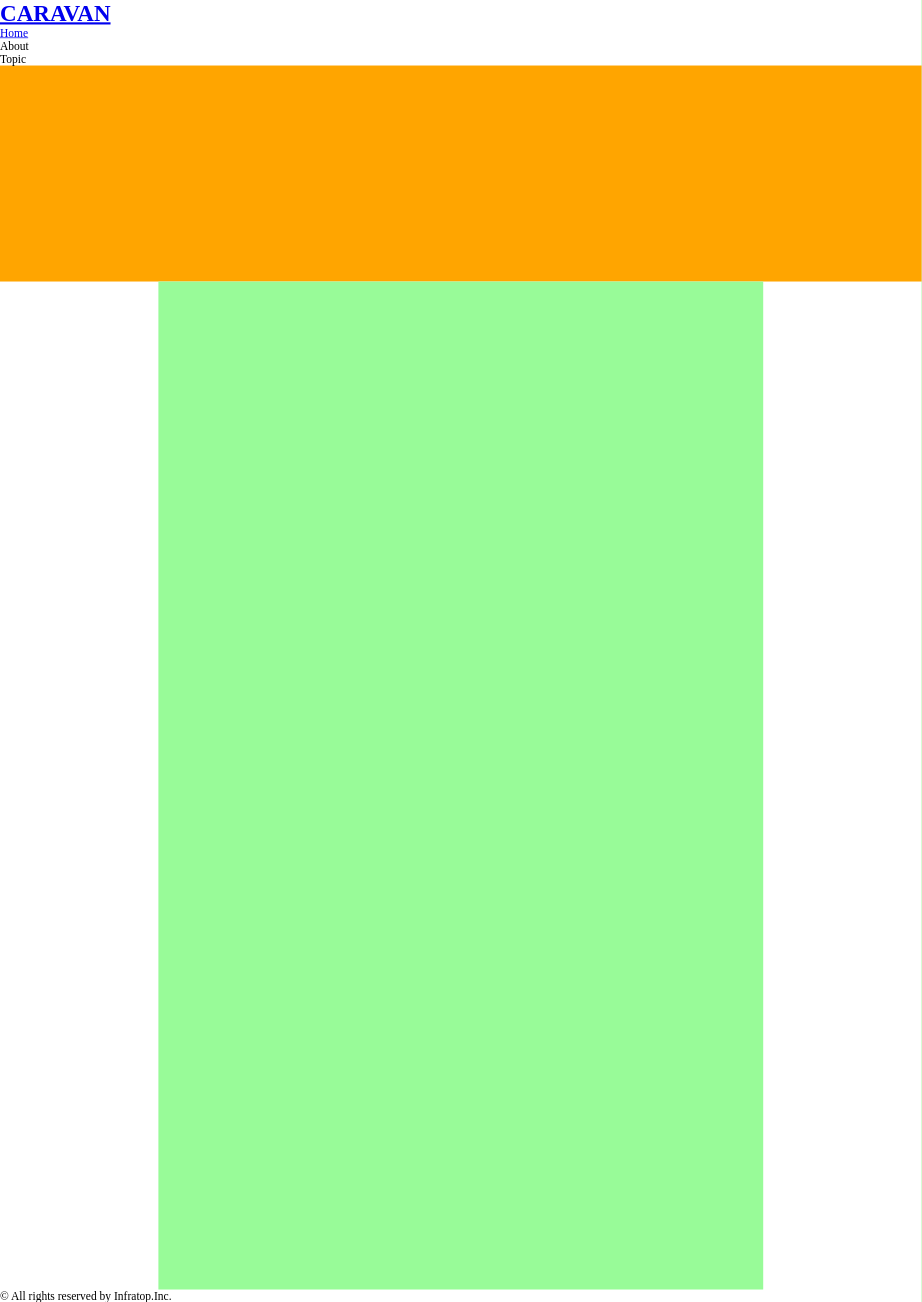
Repository: Raychel-310/chapter10
Page: caravan/index.html
The author's editor kept a record of every edit. The page is drawn from the files as they stood at one moment, then again after the next edit.
The browser window is 1280 px wide. The pictures show the whole page, at 72% of full size.

Above is the page before.

### caravan/index.html
<!DOCTYPE html>
<html lang="ja">
  <head>
    <meta charset="UTF-8" />
    <!-- CSSファイルの読み込み -->
    <link rel="stylesheet" href="style.css" />
    <title>CARAVAN</title>
  </head>

  <body>
    <!-- header -->
    <header>
      <h1 class="heading">
        <a href="index.html">
          CARAVAN
        </a>
      </h1>
    </header>

        <!-- navigation -->
    <nav>
      <ul class="nav-list">
       <li class="nav-list-item">
          <a href="index.html">Home</a>
        </li>
        <li class="nav-list-item">About</li>
        <li class="nav-list-item">Topic</li>
      </ul>
    </nav>


    <!-- main-visual用のdiv -->
    <div class="main-visual">
      <div class="main-visual-content"></div>
    </div>
    <!-- main用のdiv -->
    <div class="main">
      <div class="blog"></div>
      <div class="sidebar"></div>
    </div>
    <!-- footer -->
    <footer>
      <p class="footer-text">© All rights reserved by Infratop.Inc.</p>
    </footer>
  </body>
</html>

### caravan/style.css
/* ブラウザがそれぞれ持っているCSSをリセットするための記述 */
* {
  margin: 0;
  padding: 0;
  box-sizing: border-box;
}

.header {
  width: 100%; /* 横幅いっぱい */
  height: 550px; /* 高さ120px */
  background-color: white; /* 背景色red */
}

.header-top {
  width: 100%;
  height: 50px;
  background-color: red;
}

.header-bottom {
  width: 100%;
  height: 500px;
  background-color: orange;
}

.main-visual {
  width: 100%; /* 横幅いっぱい */
  height: 300px; /* 高さ300px */
  background-color: orange; /* 背景色orange */
}

/*.main-visual-content {
  width: 350px;
  height: 300px;
  background-color: gold;
}*/
.main {
  width: 840px;
  /*height: 1400px;
  background-color: green;指定の解除*/
  display: flex; /* Flexboxの利用 */
  justify-content: center; /* 子要素の横並び・中央寄せ */
  margin: 0 auto; /* 中央寄せ（左右に余白がないとできない） */
}

.blog {
  width: 960px; /* 横幅600px */
  height: 1400px; /* 高さ600px */
  background-color: palegreen; /* 背景色limegreen */
  display: flex; /* Flexboxの利用 */
  justify-content: center; /* 子要素の横並び・中央寄せ */
}

/*.sidebar {
  width: 500px; /* 横幅240px */
  /*height: 1400px; /* 高さ600px */
  /*background-color: palegreen; /* 背景色palegreen */
  /*display: flex; /* Flexboxの利用 */
  /*justify-content: center; /* 子要素の横並び・中央寄せ */
/*}*/

.footer {
  width: 100%;
  height: 100px;
  background-color: blue;
}

After the next edit:
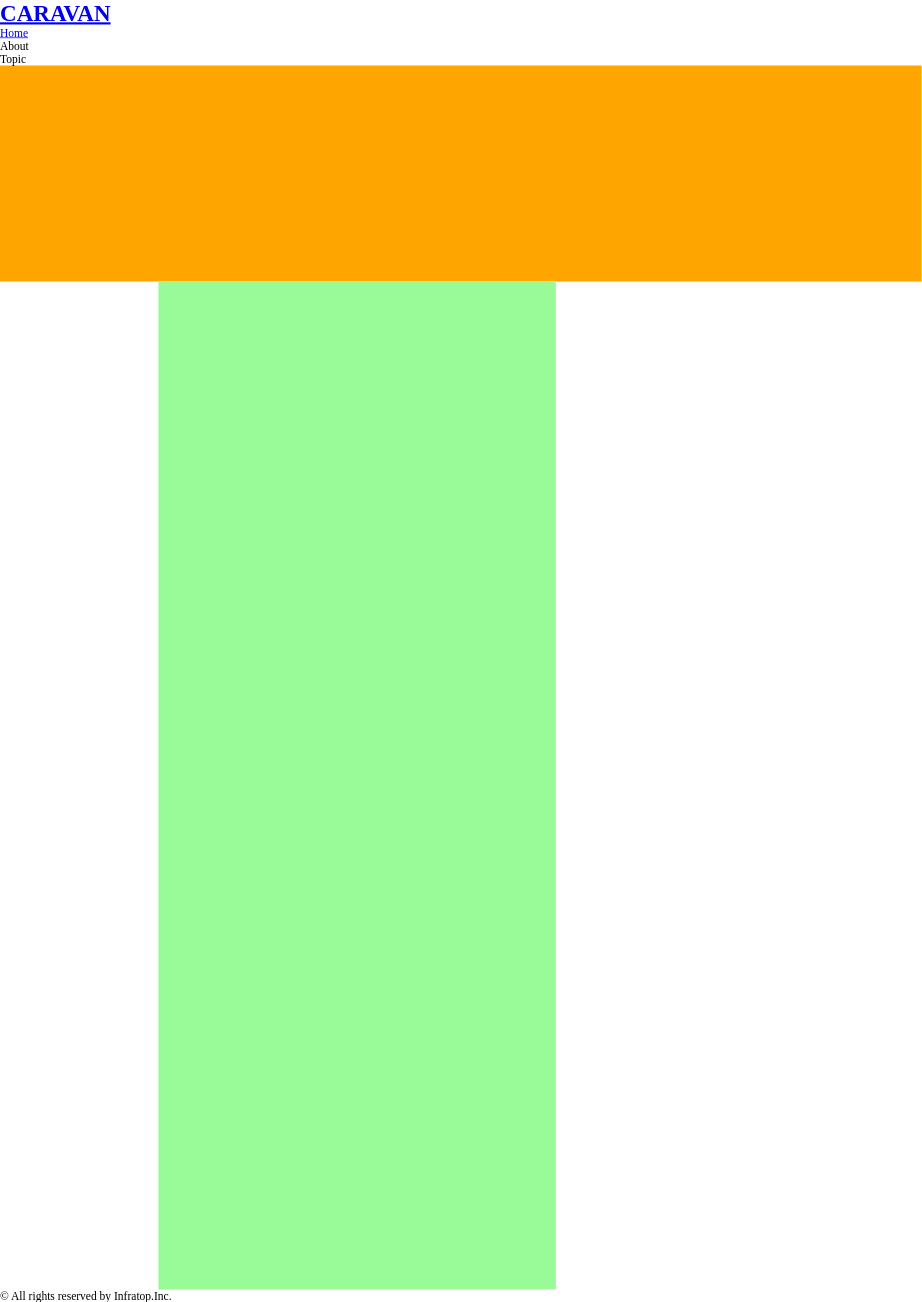
The edit:
--- a/caravan/style.css
+++ b/caravan/style.css
@@ -51,7 +51,7 @@
   justify-content: center; /* 子要素の横並び・中央寄せ */
 }
 
-/*.sidebar {
+.sidebar {
   width: 500px; /* 横幅240px */
   /*height: 1400px; /* 高さ600px */
   /*background-color: palegreen; /* 背景色palegreen */

After the edit that followed:
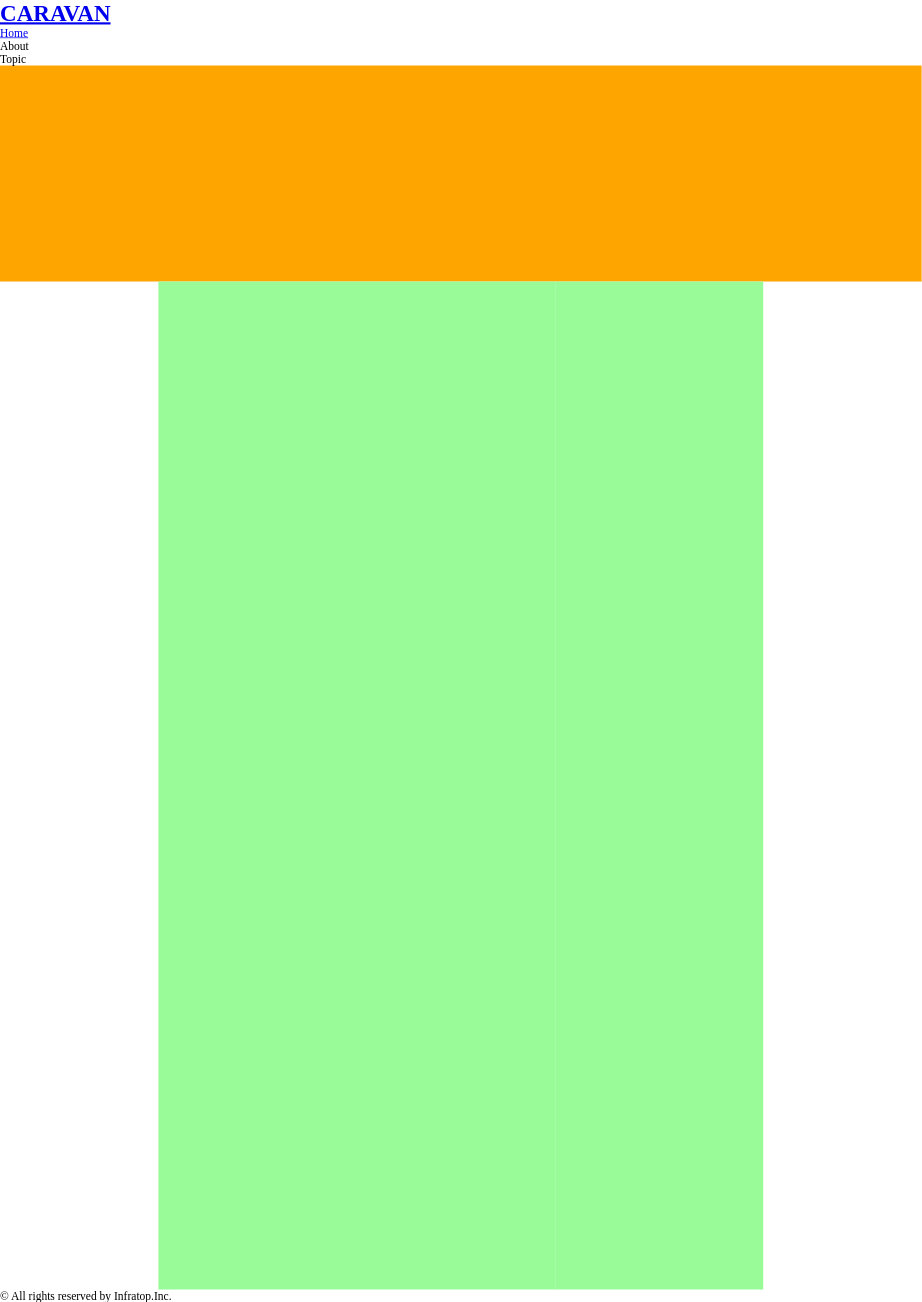
The edit:
--- a/caravan/style.css
+++ b/caravan/style.css
@@ -53,11 +53,11 @@
 
 .sidebar {
   width: 500px; /* 横幅240px */
-  /*height: 1400px; /* 高さ600px */
-  /*background-color: palegreen; /* 背景色palegreen */
-  /*display: flex; /* Flexboxの利用 */
-  /*justify-content: center; /* 子要素の横並び・中央寄せ */
-/*}*/
+  height: 1400px; /* 高さ600px */
+  background-color: palegreen; /* 背景色palegreen */
+  display: flex; /* Flexboxの利用 */
+  justify-content: center; /* 子要素の横並び・中央寄せ */
+}
 
 .footer {
   width: 100%;
